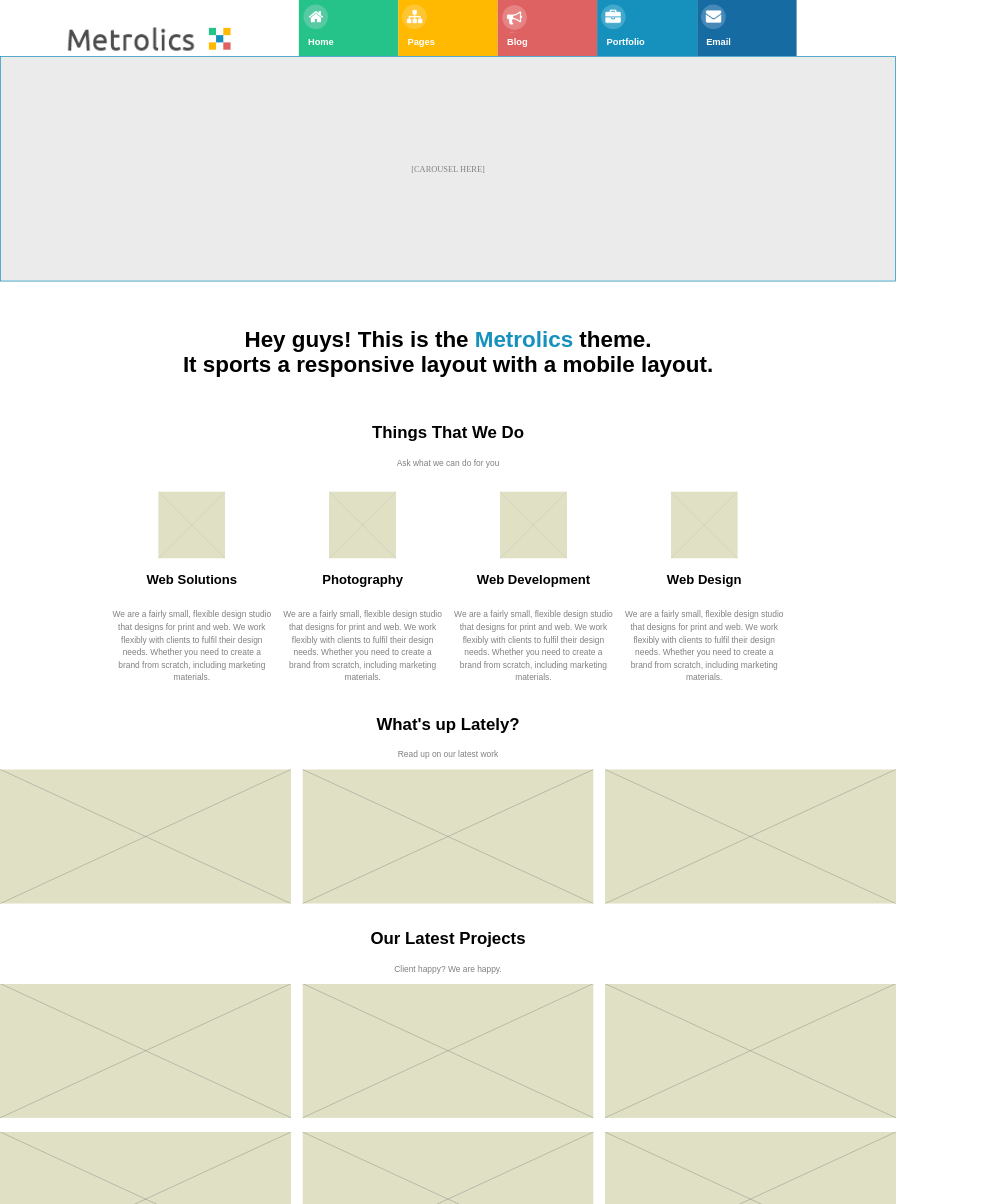
Repository: pjiang604/mdia2003-lab03b
Page: index.html
These files come from the project's save history. The page is drawn as it stood at one moment and after the next save; the edit follows.
The browser window is 1280 px wide. The page is 1408 px wide, so the pictures cover 1408 px, including what lies to the right of the window. The pictures show the part of the page from y = 0 to 1720 px (the page is 2780 px tall), at 70% of full size.

Above is the page before, as saved 2023-01-31 21:31:24.

### index.html
<!DOCTYPE html>
<html lang="en">

<head>
    <meta charset="UTF-8">
    <meta http-equiv="X-UA-Compatible" content="IE=edge">
    <meta name="viewport" content="width=device-width, initial-scale=1.0">
    <title>Metrolics</title>
    <link rel="stylesheet" href="style.css">
    <link rel="preconnect" href="https://fonts.google.com/specimen/Ubuntu?query=ubuntu">
</head>

<body>
    <nav>
        <div class="nav row l-col-6-1 m-col-6-1 s-col-2-2">
            <div class="logoColumn">
                <img src="img/icons/logo.png" alt="logo" class="logo">
            </div>
            <a href="/">
                <div class="col hide navTab homeTab">
                    <img src="img/icons/home.png" class="navBarIcons">
                    <h5>Home</h5>
                </div>
            </a>
            <a href="/">
                <div class="col hide navTab pagesTab">
                    <img src="img/icons/pages.png" class="navBarIcons">
                    <h5> Pages</h5>
                </div>
            </a>
            <a href="/">
                <div class="col hide navTab blogTab">
                    <img src="img/icons/blog.png" class="navBarIcons">
                    <h5>Blog</h5>
                </div>
            </a>
            <a href="/">
                <div class="col hide navTab portfolioTab">
                    <img src="img/icons/portfolio.png" class="navBarIcons">
                    <h5>Portfolio</h5>
                </div>
            </a>
            <a href="/">
                <div class="col hide navTab emailTab">
                    <img src="img/icons/email.png" class="navBarIcons">
                    <h5>Email</h5>
                </div>
            </a>
            <div class="col hamburger">
                <p>[HAM MENU]</p>
            </div>
        </div>
    </nav>

    <div class="carousel hide">
        <p>[CAROUSEL HERE]</p>
    </div>

    <main>
    <div class="tagLine">
        <h1>Hey guys! This is the <span class="metroColor">Metrolics</span> theme.<br> It sports a responsive layout
            with a mobile layout.</h1>
    </div>

    <div class="services-section">
        <div class="col headerMargin">
            <h2>Things That We Do</h2>
            <p>Ask what we can do for you</p>
        </div>
        <div class="row l-col-4-1 m-col-2-1 s-col-1-4">
            <div class="col card">
                <img src="img/placeholder.svg" class="serviceImg" alt="">
                <h3>Web Solutions</h3>
                <p>We are a fairly small, flexible design studio that designs for print and web. We work flexibly with
                    clients to fulfil their design needs. Whether you need to create a brand from scratch, including
                    marketing materials.</p>
            </div>
            <div class="col card">
                <img src="img/placeholder.svg" class="serviceImg" alt="">
                <h3>Photography</h3>
                <p>We are a fairly small, flexible design studio that designs for print and web. We work flexibly with
                    clients to fulfil their design needs. Whether you need to create a brand from scratch, including
                    marketing materials.</p>

            </div>
            <div class="col card">
                <img src="img/placeholder.svg" class="serviceImg" alt="">
                <h3>Web Development</h3>
                <p>We are a fairly small, flexible design studio that designs for print and web. We work flexibly with
                    clients to fulfil their design needs. Whether you need to create a brand from scratch, including
                    marketing materials.</p>
            </div>
            <div class="col card">
                <img src="img/placeholder.svg" class="serviceImg" alt="">
                <h3>Web Design</h3>
                <p>We are a fairly small, flexible design studio that designs for print and web. We work flexibly with
                    clients to fulfil their design needs. Whether you need to create a brand from scratch, including
                    marketing materials.</p>
            </div>
        </div>
    </div>
    <div class="recent-news headerMargin">
        <div class="col">
            <h2>What's up Lately?</h2>
            <p>Read up on our latest work</p>
        </div>
        <div class="row l-col-3-1 m-col-2-1 s-col-1-4">
            <div class="col">
                <img src="img/placeholder.svg" class="image-post" alt="">
            </div>
            <div class="col">
                <img src="img/placeholder.svg" class="image-post" alt="">
            </div>
            <div class="col">
                <img src="img/placeholder.svg" class="image-post" alt="">
            </div>
            <div class="hidden-photo">
                <img src="img/placeholder.svg" class="image-post" alt="">
            </div>
        </div>
    </div>
    <div class="latest-projects-section headerMargin">
        <div class="col">
            <h2>Our Latest Projects</h2>
            <p>Client happy? We are happy.</p>
        </div>
        <div class="row l-col-3-1 m-col-2-1 s-col-1-1">
            <div class="col">
                <img src="img/placeholder.svg" class="image-post" alt="">
            </div>
            <div class="col">
                <img src="img/placeholder.svg" class="image-post" alt="">
            </div>
            <div class="col">
                <img src="img/placeholder.svg" class="image-post" alt="">
            </div>
            <div class="col">
                <img src="img/placeholder.svg" class="image-post" alt="">
            </div>
            <div class="col">
                <img src="img/placeholder.svg" class="image-post" alt="">
            </div>
            <div class="col">
                <img src="img/placeholder.svg" class="image-post" alt="">
            </div>
        </div>
    </div>

    <div class="col headerMargin">
        <h2>Things of Above</h2>
        <p>Misc stuff we could not put anyplace else</p>
    </div>
    <div class="row accordion l-col-2-1 m-col-1-2 s-col-1-1">
        <div class="col">
            <p>[ACCORDION HERE]</p>
        </div>
        <div class="col">
            <p>[TABS HERE]</p>
        </div>
    </div>



    <div class="row companies l-col-5-1 m-col-5-1">
        <div class="company-col">
            <img src="img/logos/netbeanslogo.png" class="comp-logo" alt="">
        </div>
        <div class="company-col">
            <img src="img/logos/krita.png" class="comp-logo" alt="">
        </div>
        <div class="company-col">
            <img src="img/logos/scirra.png" class="comp-logo" alt="">
        </div>
        <div class="company-col">
            <img src="img/logos/blender.png" class="comp-logo" alt="">
        </div>
        <div class="company-col">
            <img src="img/logos/inkscape.png" class="comp-logo" alt="">
        </div>
    </div>
</main>

    <footer>

        <div class="row l-col-2-4 m-col-2-4 s-col-2-1 author">
            <div class="col">
                <img src="img/placeholder.svg" class="headshot" alt="">
            </div>
            <div class="col">
                <h5>Peewee Herman</h5>
                <p>Peewee has over 10 years expeience in the industry. He is our Creative Director, digital designer,
                    web designer and front-end developer. He is also pretty good with a sketch-book. Before starting the
                    company Peewee worked as a designer and studio manager for a design house who boasted a number of
                    big name clients.</p>
            </div>
        </div>

        <div class="row l-footer-grid m-row m-footer-grid">
            <div class="col about-socials">
                <h3 class="m-row hide">About Us</h3>
                <p class="m-row hide">Lorem ipsum dolor sit amet consectetur adipisicing elit. Neque, illo! Deserunt quo
                    nostrum
                    quaerat, cum dolores aut. Recusandae voluptates, nisi a explicabo, in autem vitae eius iste
                    temporibus dolorem corporis.</p>
                <div class="row l-col-5-1 m-col-5-1 s-col-5-1">
                    <div class="col">
                        <img src="img/placeholder.svg" class="social-img" alt="">
                    </div>
                    <div class="col">
                        <img src="img/placeholder.svg" class="social-img" alt="">
                    </div>
                    <div class="col">
                        <img src="img/placeholder.svg" class="social-img" alt="">
                    </div>
                    <div class="col">
                        <img src="img/placeholder.svg" class="social-img" alt="">
                    </div>
                    <div class="col">
                        <img src="img/placeholder.svg" class="social-img" alt="">
                    </div>
                </div>
            </div>

            <div class="col flickr">
                <h3>Flickr Photos</h3>
                <div class="row l-col-3-1 m-col-3-1">
                    <div class="col">
                        <img src="img/placeholder.svg" class="flickr-img" alt="">
                    </div>
                    <div class="col">
                        <img src="img/placeholder.svg" class="flickr-img" alt="">
                    </div>
                    <div class="col">
                        <img src="img/placeholder.svg" class="flickr-img" alt="">
                    </div>
                    <div class="col">
                        <img src="img/placeholder.svg" class="flickr-img" alt="">
                    </div>
                    <div class="col">
                        <img src="img/placeholder.svg" class="flickr-img" alt="">
                    </div>
                    <div class="col">
                        <img src="img/placeholder.svg" class="flickr-img" alt="">
                    </div>
                </div>
            </div>

            <div class="row live-social m-col">
                <div>
                    <h3>Recent Tweets</h3>
                </div>
                <div>
                    <p>[TWEET TEXT]</p>
                </div>
                <div>
                    <p>[TWEET TEXT]</p>
                </div>
            </div>

            <div class="col newsletter">
                <div class="row m-col-1-1">
                    <h3>Newsletter</h3>
                    <div class="col">
                        <p>Lorem ipsum, dolor sit amet consectetur adipisicing elit. Quam, iusto provident labore quos
                            ipsa
                            voluptas.</p>
                    </div>
                    <div class="col">
                        <label for="email">Enter your Email...</label>
                        <input type="email" id="email">
                    </div>

                </div>
            </div>
        </div>

        <div class="row footer-decor">
            <div class="decor"></div>
            <div class="decor"></div>
            <div class="decor"></div>
            <div class="decor"></div>
            <div class="decor"></div>
        </div>

    </footer>

</body>



</html>

### style.css
:root {
    --green: #25c389;
    --yellow: #ffb901;
    --red: #de6262;
    --lightBlue: #1691bd;
    --darkBlue: #166ba2;
    --navy: #16242f;

}

html {
    height: 100vh;
    width: 100vw;
}

body {
    width:100vw;
    margin-top:0;
    margin-left:0;
}


.headerMargin {
    margin: 2em 0;
}

nav,
main {
    font-family: Ubuntu, sans-serif;
    font-weight: 300;
    text-decoration: none;
    text-align: center;
    justify-content:center;
}

p {
    font-size: 12px;
    color: grey;
    line-height: 1.5em;
}

a {
    text-decoration: none;
}

.row {
    display: grid;
    row-gap: 1rem;
}

.col {
    position: relative;
}

.flickr-img {
    width: 100%;
}


.social-img {
    width: 100%;
}


.footer-decor {
    grid-template-columns: 3fr 1fr 1fr 1fr 1fr 1fr;
}


/*Nav Bar*/

.nav {
    height: 5em;
}

nav h5 {
    color: white;
    position: absolute;
    bottom: 0;
    padding: 1em;
    margin: 0;
}

.navBarIcons {
    display:flex;
    justify-content:center;
    align-items:center;
    width:3em;
    height:3em;
}

.navBarIcons img {
    width:10em;
    height:20em;
    object-fit:cover;
}

.logo {
    width: 60%;
    height: 3em;
    object-fit: cover;
}

.logoColumn {
    display:flex;
    justify-content:center;
    margin-top:2em;
}

.navTab {
    height: 5em;
    display: flex;
}

.homeTab {
    background-color: var(--green);
}

.pagesTab {
    background-color: var(--yellow);
}

.blogTab {
    background-color: var(--red);
}

.portfolioTab {
    background-color: var(--lightBlue);
}

.emailTab {
    background-color: var(--darkBlue);
}

.hamburger {
    display: none;
}

/*Carousel*/

.carousel {
    display:flex;
    justify-content:center;
    align-items:center;
    height: 20em;
    border: 1px solid var(--lightBlue);
    background-color:#ebebeb;
}

.carouselPicture img {
    object-fit:cover;
    width: 50em;
    height: 50em;
}

.carouselPicture {
    width:50vw;
    height:20vw;
    display:flex;
    align-items:center;
}

/*Tag Line*/
.tagLine {
    margin: 4em 0;
}

.metroColor {
    color: var(--lightBlue);
}

/*Services Section*/

.services-section {
    margin-left:10em;
    margin-right:10em;
}

.serviceImg {
    height: 6em;
    width: 6em;
    object-fit: cover;
}

.card {
    display: flex;
    flex-direction: column;
    align-items: center;
}

/*Recent News*/
.image-post {
    width: 100%;
    height: 12em;
}

/*Accordion*/
.accordion {
    height: 20em;
    border: 1px solid var(--lightBlue);
}

/*Companies*/
.companies {
    column-gap: 2em;
    display:flex;
    margin-left:5em;
    margin-right:5em;
}

.comp-logo {
    width: 15em;
    height: 8em;
}

.comp-logo img {
    width:50%;
    height:0.05em;
    object-fit: cover;
}

.company-col {
    background-color:#ebebeb;
}

/*FOOTER*/

footer {
    background: var(--navy);
    color: white;
    font-family: Ubuntu, sans-serif;
    font-weight: 300;
    text-decoration: none;
    width: 100%;
}


footer p {
    color: white;
}

.headshot {
    width: 4em;
    height: 4em;
    object-fit: cover;
    border-radius: 100%;
}

/** small/mobile version */
@media screen and (max-width:29.9375em) {
    .row {
        max-width: 70em;
        column-gap: .5rem;
        row-gap: 1.5rem;
        margin: 0 auto;

    }

    .hide,
    .flickr,
    .newsletter,
    .companies {
        display: none;
    }

    .hamburger {
        display: contents;
    }

    .s-col-1-4 {
        grid-template-columns: 4fr;
    }

    .s-col-2-2 {
        grid-template-columns: repeat(2, 2fr);
    }

    .s-col-1-1 {
        grid-template-columns: 1fr;
    }

    .s-col-5-1 {
        grid-template-columns: repeat(5, 1fr);
    }

    .s-col-2-1 {
        grid-template-columns: repeat(2, 1fr);
    }

    .footer-grid {
        display: none;
    }

    .hidden-photo {
        display: content;
        background-color: orange;
    }

    .accordion {
        display: none;
    }
}

/** medium and up. applicable for both tablet and mobile version */
@media screen and (max-width:30em) {
    .carousel {
        display: none;
    }

    .image-post.hide {
        display: contents;
    }

    .hidden-photo {
        display: content;
        background-color: orange;
    }

}

/** medium only */
@media screen and (min-width:40em) and (max-width:63.9375em) {

    .hide {
        display: contents;
    }

    .m-footer-grid {
        grid-template-columns: repeat(2, 1fr);
    }

    .m-row {
        display: grid;
        row-gap: 1rem;
    }

    .m-col {
        position: relative;
    }

    .m-col-6-1 {
        grid-template-columns: 3fr 1fr 1fr 1fr 1fr 1fr;
    }

    .m-col-2-1 {
        grid-template-columns: repeat(2, 1fr);
        column-gap: 1rem;
    }

    .m-col-5-1 {
        grid-template-columns: repeat(5, 1fr);
        column-gap: 1rem;
    }

    .m-col-2-4 {
        grid-template-columns: 1fr 4fr;
    }

    .m-col-3-1 {
        grid-template-columns: repeat(3, 1fr);
        column-gap: 1rem;
    }

    .m-col-1-1 {
        grid-template-columns: 1fr
    }

    .m-col-1-2 {
        grid-template-columns: repeat(1, 2fr);
    }

    .hidden-photo {
        display: content;
        background-color: orange;
    }

}

/** large only */
@media screen and (min-width:64em) {

    .l-col-6-1 {
        grid-template-columns: 3fr 1fr 1fr 1fr 1fr 1fr 1fr;
    }

    .l-col-4-1 {
        grid-template-columns: repeat(4, 1fr);
        column-gap: 1rem;
    }

    .l-col-3-1 {
        grid-template-columns: repeat(3, 1fr);
        column-gap: 1rem;
    }

    .l-col-5-1 {
        grid-template-columns: repeat(5, 1fr);
    }

    .l-col-2-4 {
        grid-template-columns: 1fr 4fr;
    }

    .l-col-3-1 {
        grid-template-columns: repeat(3, 1fr);
        column-gap: 1rem;
    }

    .l-col-2-1 {
        grid-template-columns: repeat(2, 1fr);
        column-gap: 1rem;
    }

    .image-post.hide {
        display: none;
    }

    .l-footer-grid {
        grid-template-columns: repeat(4, 1fr);
    }

    .hidden-photo {
        display: none;
    }

}

### img/placeholder.svg
<!-- Created with PhotoLine 21.40B9 (www.pl32.com) -->
<!DOCTYPE svg PUBLIC "-//W3C//DTD SVG 1.1//EN" "http://www.w3.org/Graphics/SVG/1.1/DTD/svg11.dtd"[]>
<svg width="1024" height="1024" version="1.1" xmlns="http://www.w3.org/2000/svg" xmlns:xlink="http://www.w3.org/1999/xlink">
  <g id="Square/Rectangle">
    <rect fill="#e0e0c4" fill-rule="evenodd" width="1024" height="1024" />
  </g>
  <path stroke-width="2" stroke-miterlimit="10" fill="none" stroke="#808080" d="M0 0 L1024 1024" />
  <g transform="matrix(0 1 -1 0 1024 0)">
    <path transform="matrix(-0 -1.000001 1.000001 -0 0.000153 1024.000854)" stroke-width="2" stroke-miterlimit="10" fill="none" stroke="#808080" d="M1024 -0 L0 1024" />
  </g>
</svg>

After the next save:
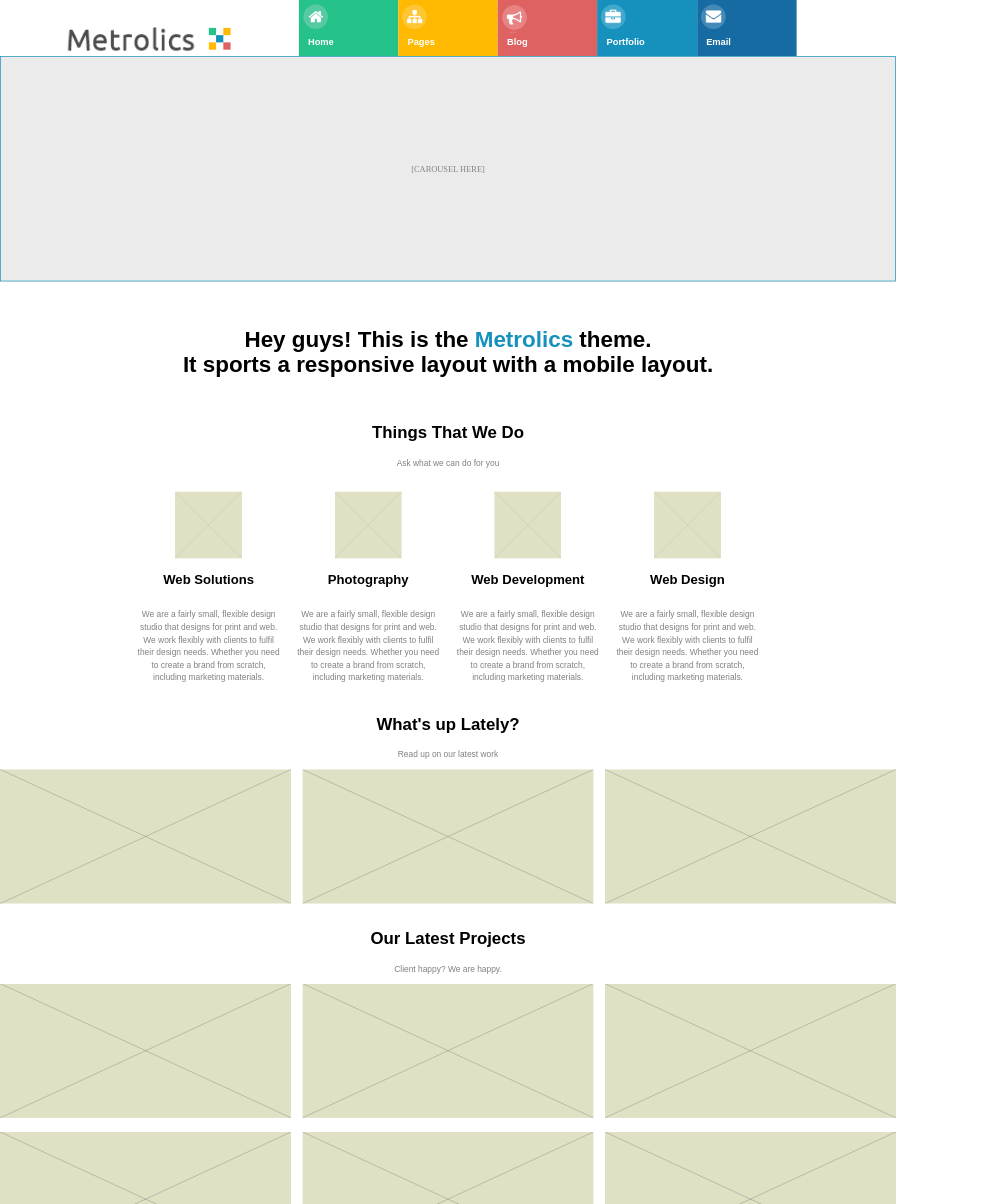
Saved 11 s later.
--- a/style.css
+++ b/style.css
@@ -172,8 +172,8 @@ nav h5 {
 /*Services Section*/
 
 .services-section {
-    margin-left:10em;
-    margin-right:10em;
+    margin-left:12em;
+    margin-right:12em;
 }
 
 .serviceImg {
